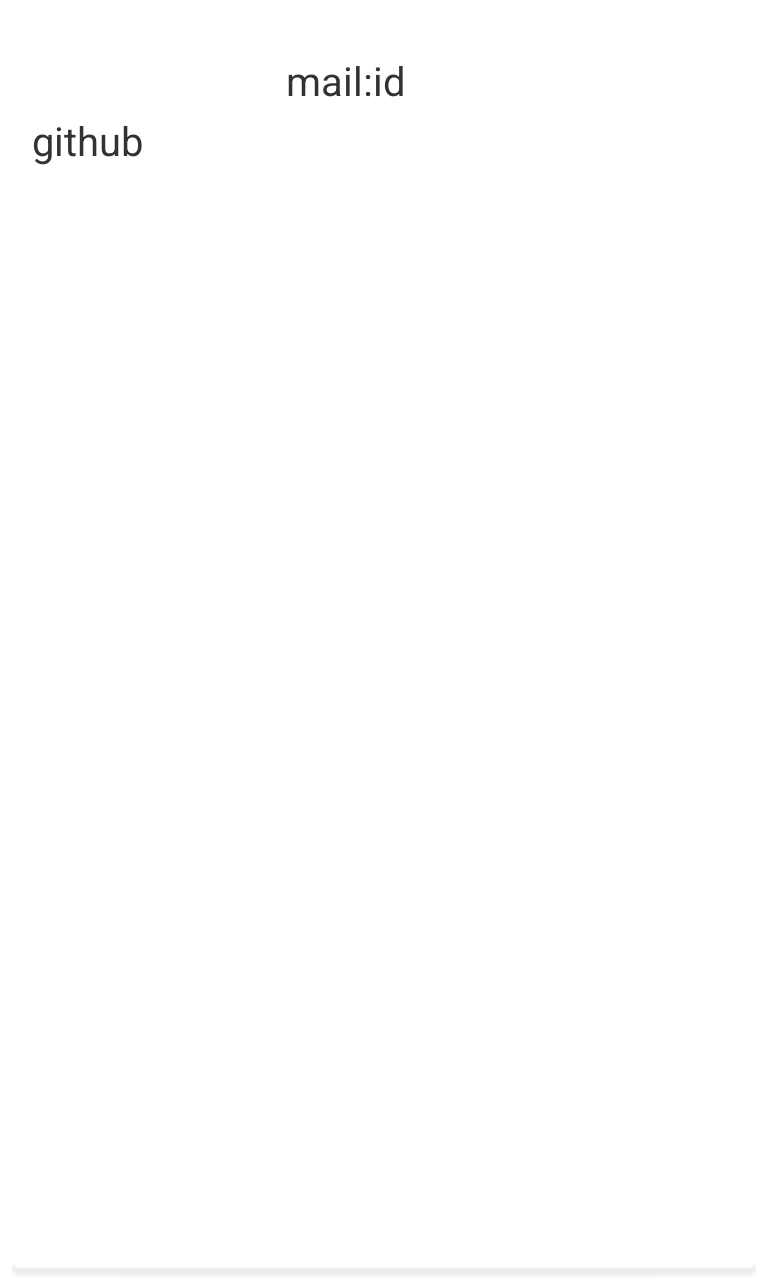
Repository: AGNT/Mobile_application_SU13
Layout: android/Locate/res/layout/activity_googlecards_card.xml
These files come from the project's save history. The layout is drawn as it stood at one moment and after the next save; the edit follows.
It is drawn on a 768 x 1280 px phone screen (xhdpi) without system bars, with theme AppTheme; the app's code is not run.

Above is the layout before, as saved 2013-08-10 06:18:12.

### android/Locate/res/layout/activity_googlecards_card.xml
<?xml version="1.0" encoding="utf-8"?>
<LinearLayout xmlns:android="http://schemas.android.com/apk/res/android"
    android:layout_width="match_parent"
    android:layout_height="wrap_content"
    android:background="@drawable/card_background_white"
    android:orientation="vertical"
    android:padding="16dp" >

    <LinearLayout
        android:layout_width="match_parent"
        android:layout_height="wrap_content" >
        <TextView
        android:id="@+id/activity_googlecards_card_textview"
        android:layout_width="127dp"
        android:layout_height="wrap_content"
        android:textSize="30sp" />

    <TextView
        android:id="@+id/activity_googlecards_card_textview"
        android:layout_width="134dp"
        android:layout_height="wrap_content"
        android:text="mail:id"
        android:textSize="20sp" />
    </LinearLayout>



    <TextView
        android:id="@+id/activity_googlecards_card_textview"
        android:layout_width="match_parent"
        android:layout_height="wrap_content"
        android:text="github"
        android:textSize="20sp" />

    <ImageView
        android:id="@+id/activity_googlecards_card_imageview"
        android:layout_width="match_parent"
        android:layout_height="wrap_content"
        android:scaleType="centerCrop" />

</LinearLayout>

Loaded but not shown: android/Locate/res/values/styles.xml (common file); android/Locate/res/values-v11/styles.xml (common file); android/Locate/res/values-v14/styles.xml (common file)

After the next save:
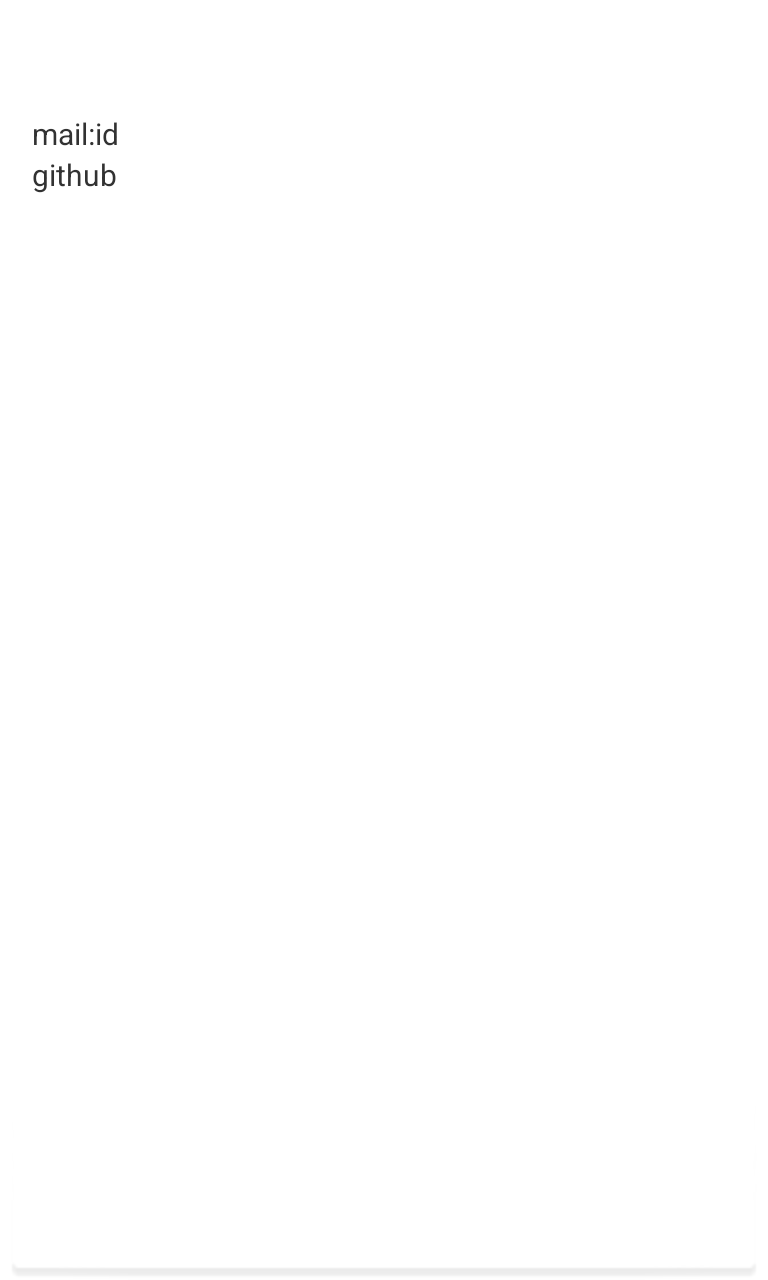
Saved 43 s later.
--- a/android/Locate/res/layout/activity_googlecards_card.xml
+++ b/android/Locate/res/layout/activity_googlecards_card.xml
@@ -6,10 +6,7 @@
     android:orientation="vertical"
     android:padding="16dp" >
 
-    <LinearLayout
-        android:layout_width="match_parent"
-        android:layout_height="wrap_content" >
-        <TextView
+    <TextView
         android:id="@+id/activity_googlecards_card_textview"
         android:layout_width="127dp"
         android:layout_height="wrap_content"
@@ -20,17 +17,14 @@
         android:layout_width="134dp"
         android:layout_height="wrap_content"
         android:text="mail:id"
-        android:textSize="20sp" />
-    </LinearLayout>
-
-
+        android:textSize="15sp" />
 
     <TextView
         android:id="@+id/activity_googlecards_card_textview"
         android:layout_width="match_parent"
         android:layout_height="wrap_content"
         android:text="github"
-        android:textSize="20sp" />
+        android:textSize="15sp" />
 
     <ImageView
         android:id="@+id/activity_googlecards_card_imageview"
